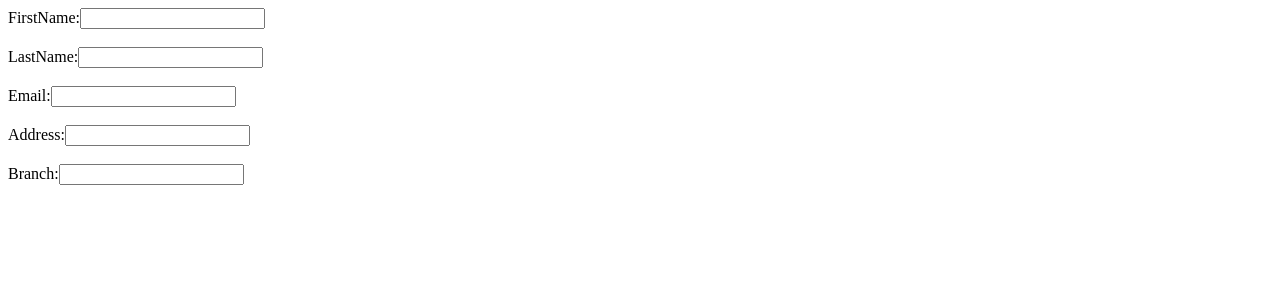
Repository: sandipgole/Myservlet
Page: WebATM/WebContent/SignUp.html
An editor plug-in stored every save of this project. The page is shown before and after the next save, followed by the edit.
The browser window is 1280 px wide. The pictures show the whole page.

Above is the page before, as saved 2019-06-25 04:40:19.

After the next save:
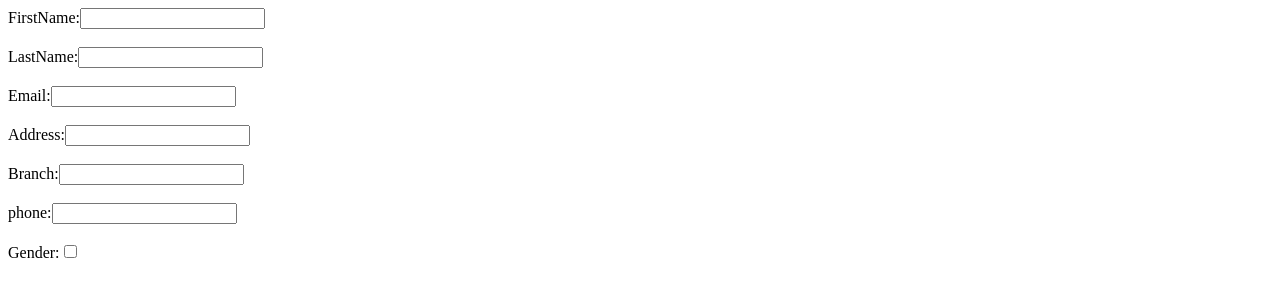
Saved 4 min 3 s later.
--- a/WebATM/WebContent/SignUp.html
+++ b/WebATM/WebContent/SignUp.html
@@ -8,9 +8,12 @@
 <form action="./signup" methode="Post">
 FirstName:<input type="text" name="fname"><br><br>
 LastName:<input type="text" name="lname"><br><br>
-Email:<input type="text" name ="email"><br><br>
+Email:<input type="email" name ="email"><br><br>
 Address:<input type="text" name="address"><br><br>
 Branch:<input type="text" name ="branch"><br><br>
+phone:<input type ="number" name="number"><br><br>
+Gender:<input type="checkbox" name="M" name="F" name="O">
+
 
 
 
